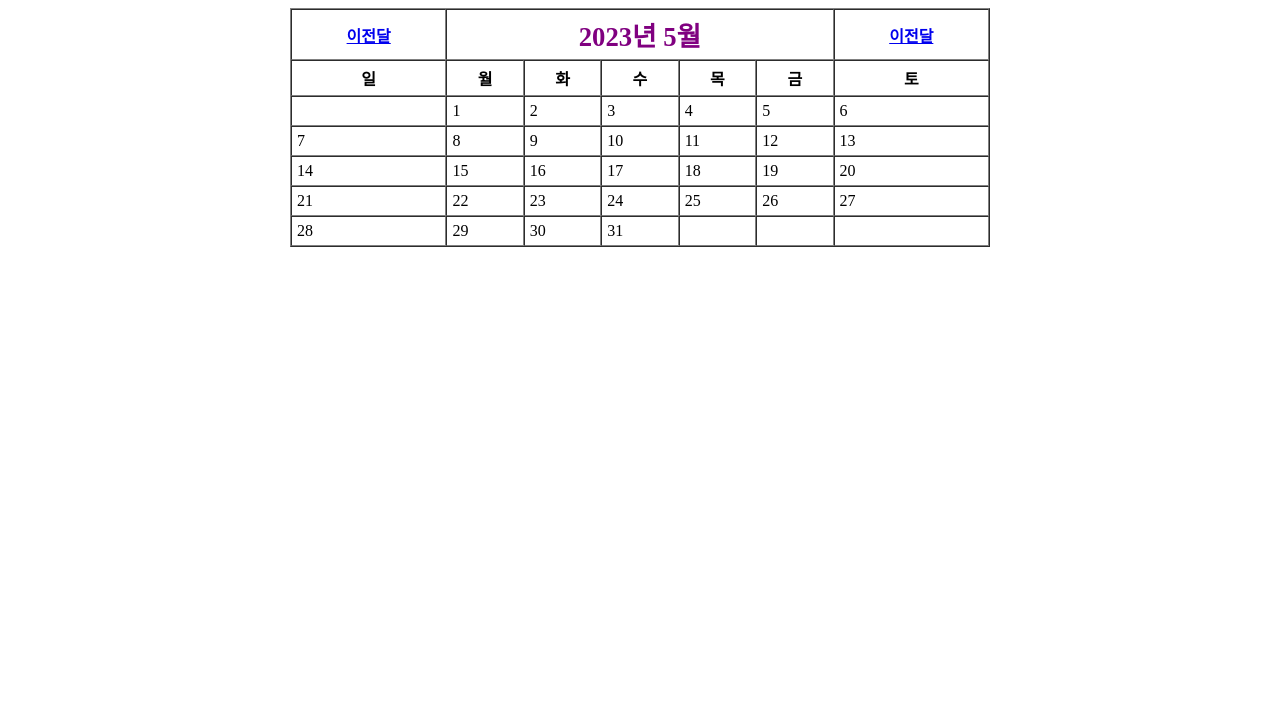
Repository: sangah-park98/jsp-class
Page: http://localhost/k20230502_1_calendar/calendar.2.jsp?year=2023&month=4
An editor plug-in stored every save of this project. The page is shown before and after the next save, followed by the edit.
The browser window is 1280 px wide. The pictures show the whole page.
The page is served by Tomcat 9.

Above is the page before, as saved 2023-05-01 10:56:18.

After the next save:
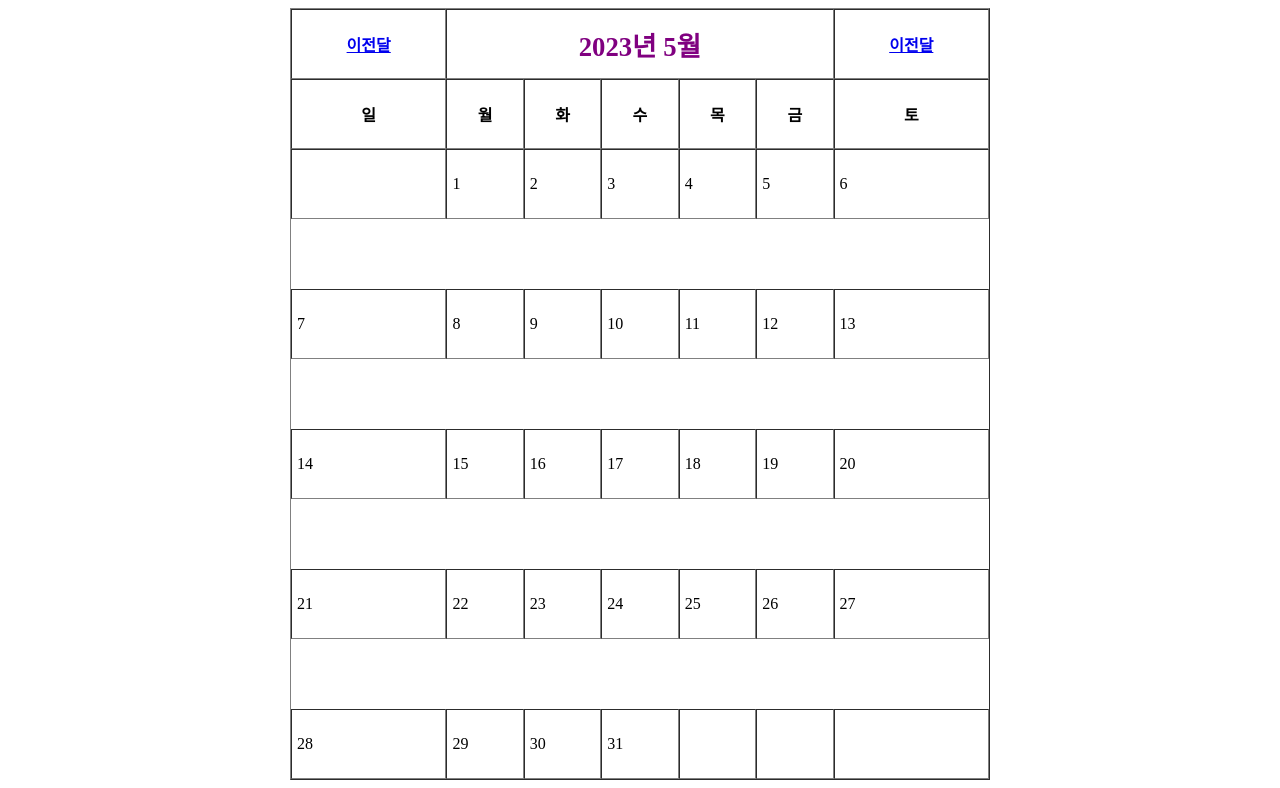
Saved 34 s later.
--- a/k20230502_1_calendar/src/main/webapp/calendar.2.jsp
+++ b/k20230502_1_calendar/src/main/webapp/calendar.2.jsp
@@ -8,7 +8,9 @@
 <title>만년 달력</title>
 
 <style type="text/css">
-
+	tr {
+		height: 70px;
+	}
 	th#title {
 		font-size: 20pt;
 		font-family: D2coding;
